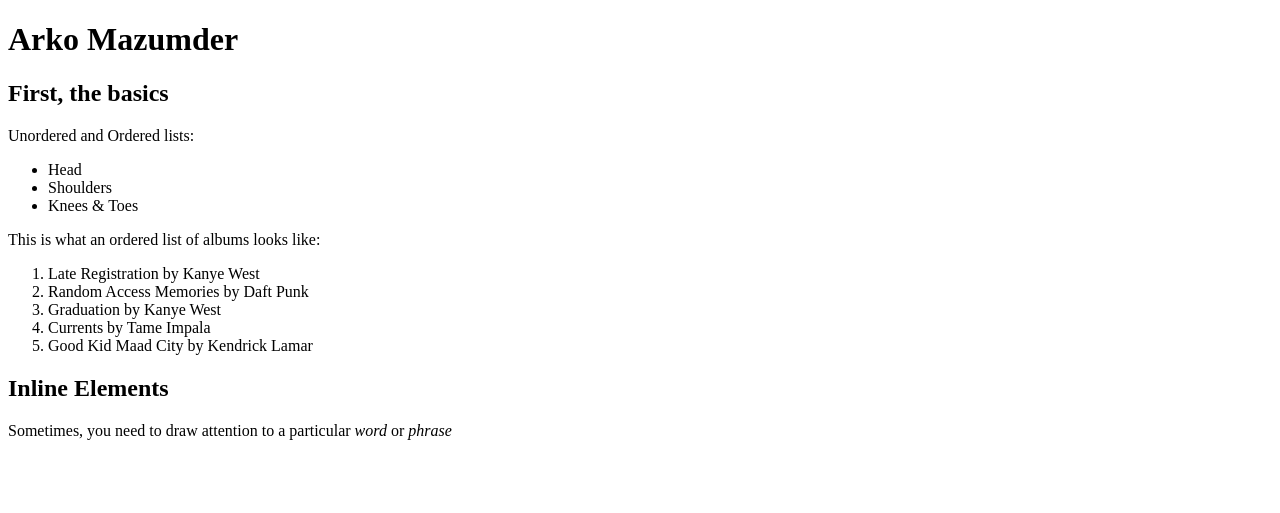
Repository: arkomz/INST377-Lab-Work
Page: client/lab_1/index.html
The author's editor kept a copy of each file at every save. The page is drawn from the files as they stood at one save, then again after the next save.
The browser window is 1280 px wide. The pictures show the whole page.

Above is the page before, as saved 2021-09-03 18:42:19.

### client/lab_1/index.html
<!DOCTYPE html>
<html scroll=yes>

<head>
    <title>Arko Mazumder</title>
</head>
<body>
    <h1>Arko Mazumder</h1>

    <h2>First, the basics</h2>
    <p>Unordered and Ordered lists:</p>

    <ul>
        <li>Head</li>
        <li>Shoulders</li>
        <li>Knees & Toes</li>
      </ul>

      <p>This is what an ordered list of albums looks like:</p>

      <ol>
        <li>Late Registration by Kanye West</li>
        <li>Random Access Memories by Daft Punk</li>
        <li>Graduation by Kanye West</li>
        <li>Currents by Tame Impala</li>
        <li>Good Kid Maad City by Kendrick Lamar</li>
      </ol>

      <h2>Inline Elements</h2>

    <p>Sometimes, you need to draw attention to a particular <em>word</em> or
        <em>phrase</em></p>

  </body>
</html>

After the next save:
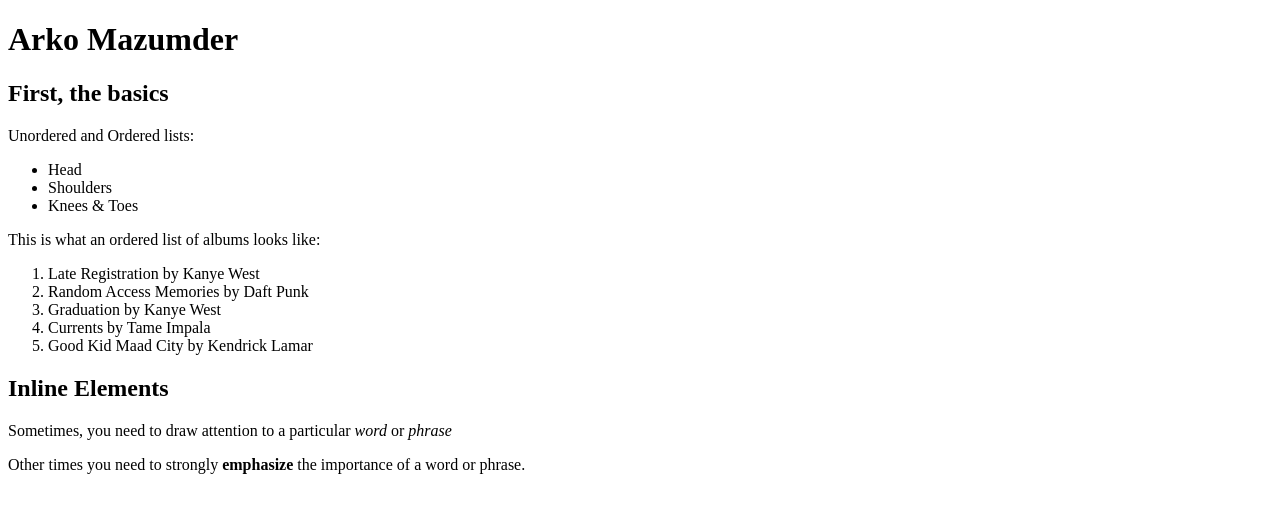
Saved 6 min 58 s later.
--- a/client/lab_1/index.html
+++ b/client/lab_1/index.html
@@ -31,5 +31,8 @@
     <p>Sometimes, you need to draw attention to a particular <em>word</em> or
         <em>phrase</em></p>
 
+    <p>Other times you need to strongly <strong>emphasize</strong> the importance
+            of a word or phrase.</p>
+
   </body>
 </html>
